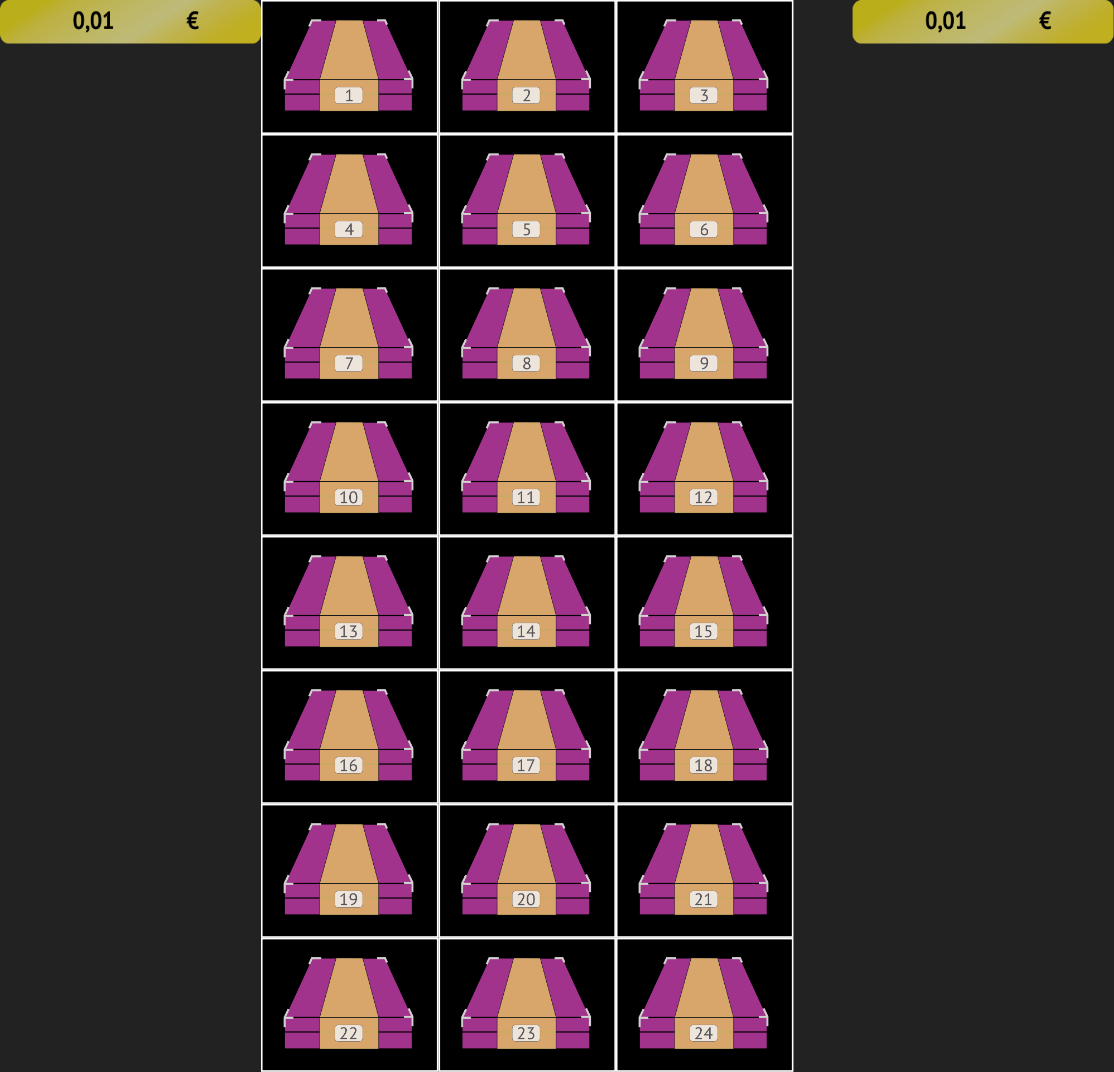
Repository: elnacp/Deal_or_no_deal
Page: DealOrNoDeal/index.html
These files come from the project's save history. The page is drawn as it stood at one moment and after the next save; the edit follows.
The browser window is 1280 px wide. The pictures show the whole page, at 87% of full size.
Some web libraries are served in a nearby version.

Above is the page before, as saved 2017-11-25 23:23:32.

After the next save:
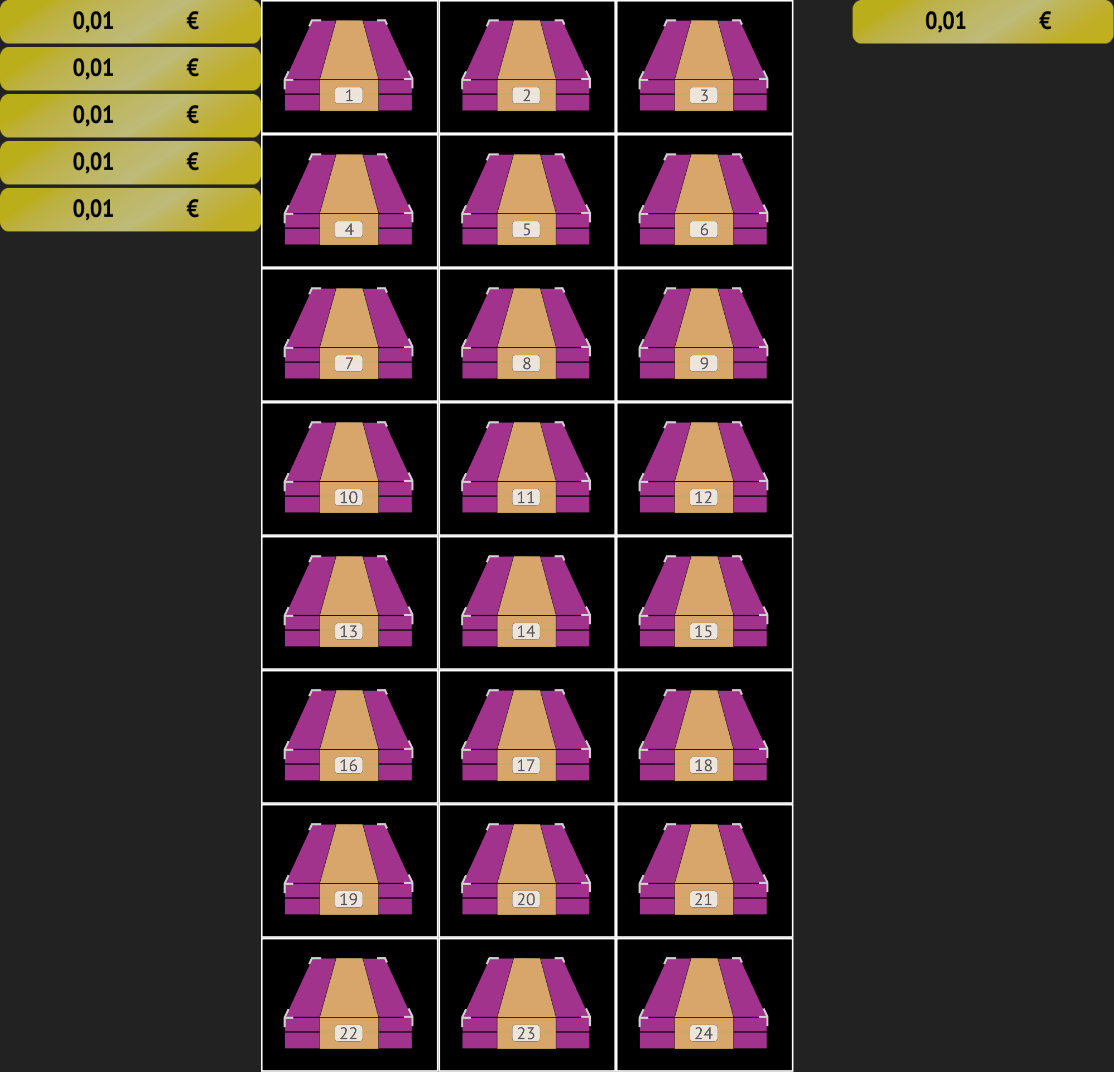
Saved 95 s later.
--- a/DealOrNoDeal/index.html
+++ b/DealOrNoDeal/index.html
@@ -17,6 +17,10 @@
 <body>
 	<div id="container">
 		<div id = "left">
+			<input type="image"  id ="prizes" src="./img/prizes/0,01.png"  />
+			<input type="image"  id ="prizes" src="./img/prizes/0,01.png"  />
+			<input type="image"  id ="prizes" src="./img/prizes/0,01.png"  />
+			<input type="image"  id ="prizes" src="./img/prizes/0,01.png"  />
 			<input type="image"  id ="prizes" src="./img/prizes/0,01.png"  />
 		</div>
 		<div id="central">
